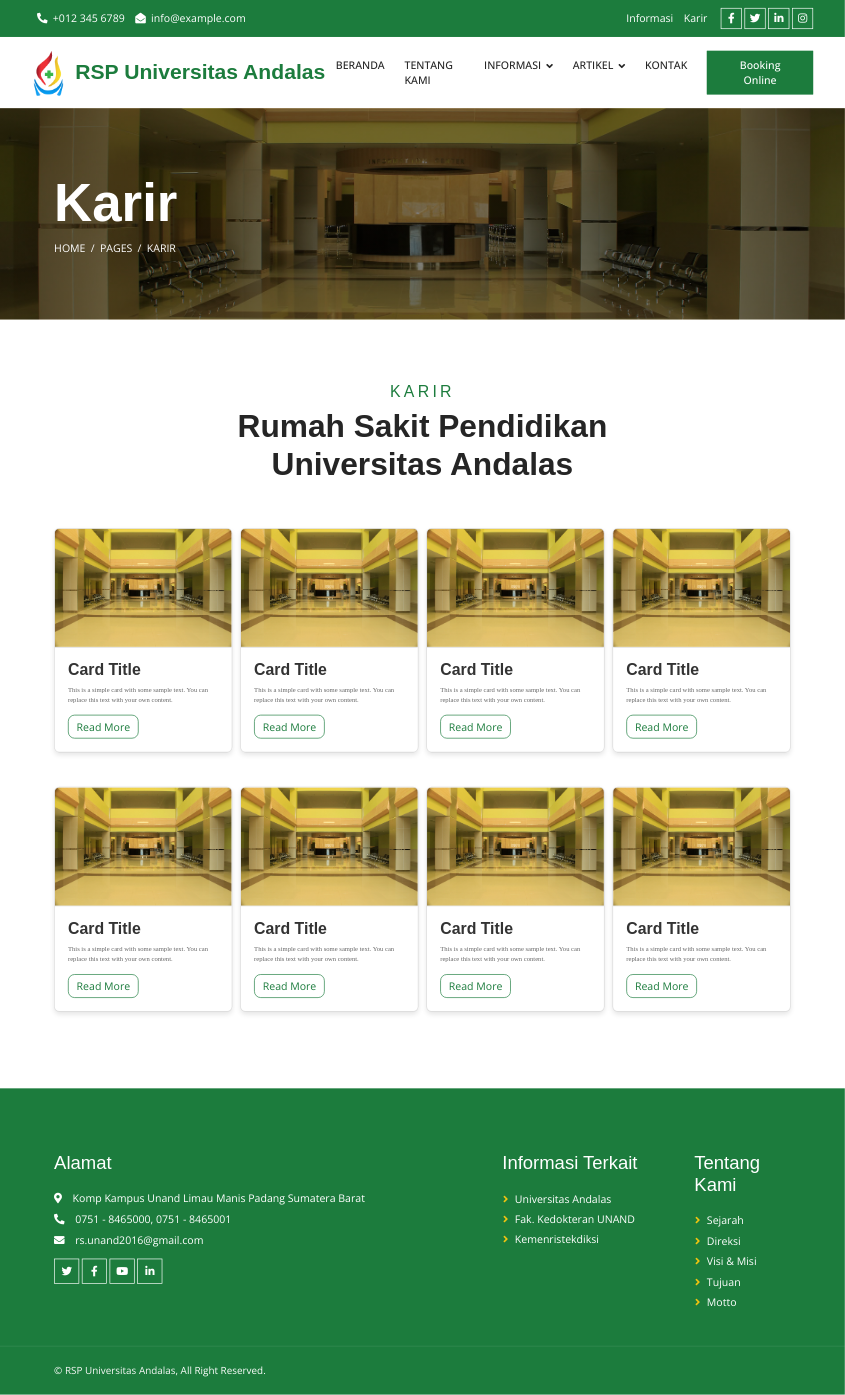
Repository: vivin-erialis/rsunand-site
Page: http://localhost/karir
These files come from the project's save history. The page is drawn as it stood at one moment and after the next save; the edit follows.
The browser window is 1280 px wide. The pictures show the whole page, at 66% of full size.
Some web fonts or font styles are not loaded; a fallback is used. Some web libraries are served in a nearby version. The page is served by the project's Laravel application, run on PHP 8.4 with Laravel 12.

Above is the page before, as saved 2024-04-29 09:50:47.
Console error: TypeError: Cannot read properties of undefined (reading 'version')

After the next save:
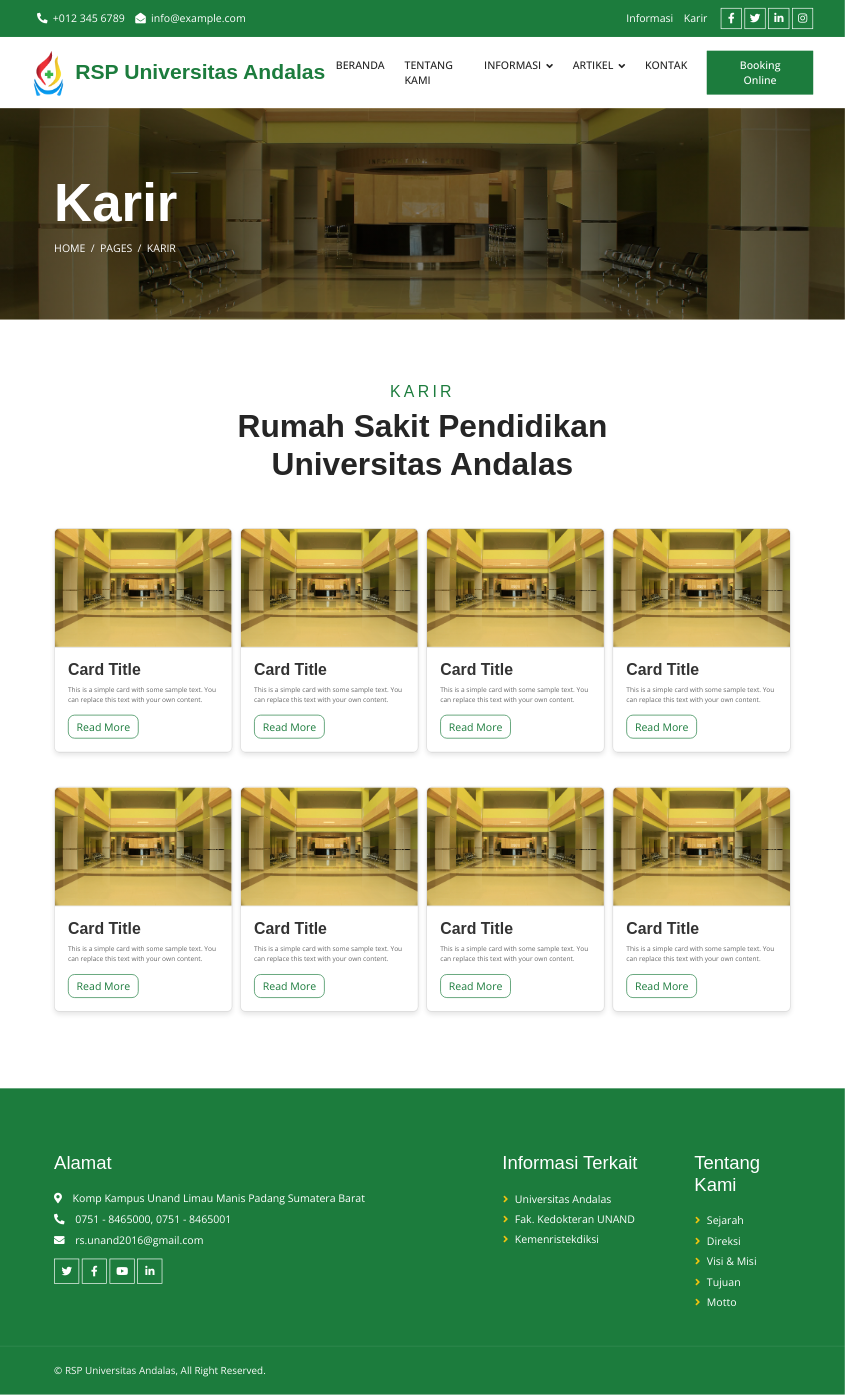
Saved 14 s later.
--- a/public/assets/css/style.css
+++ b/public/assets/css/style.css
@@ -603,7 +603,6 @@
 
   .card-text {
     color: #666;
-    font-family: "Font Awesome 5 Free" !important;
     font-size: 10px !important;
   }
 
